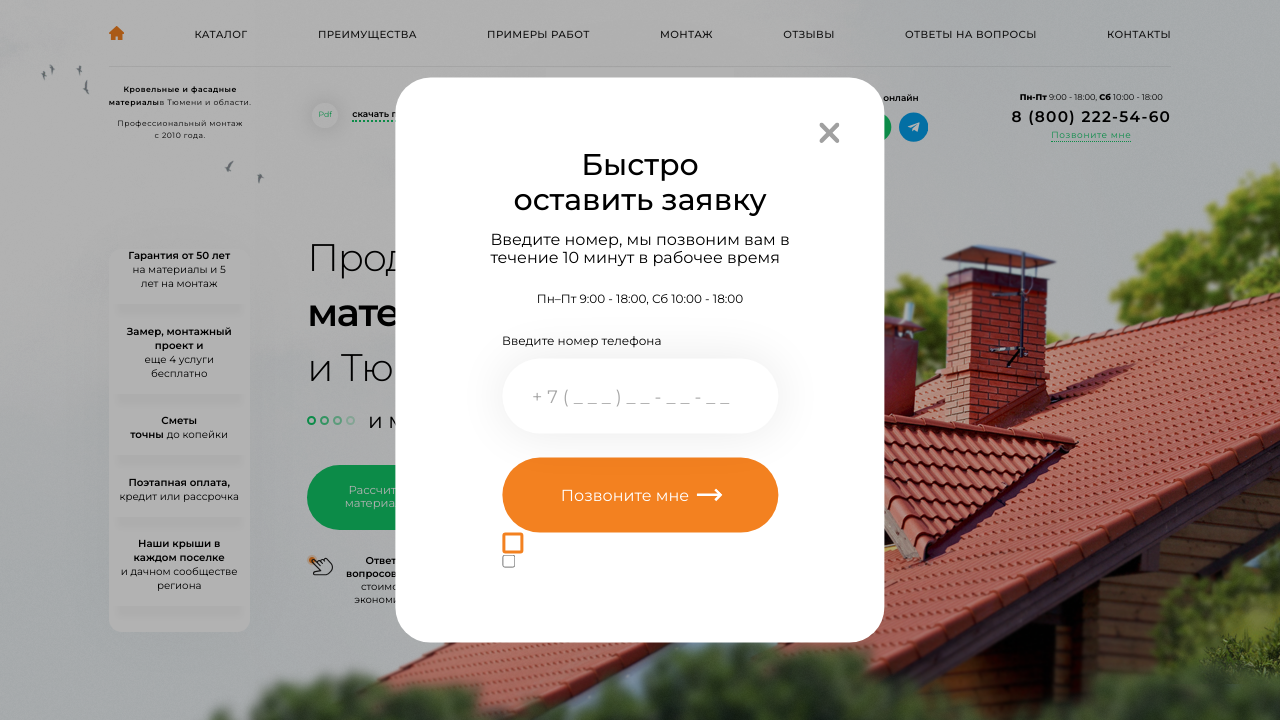
Repository: dima-hacker0/test_task_deyneka
Page: /
These files come from the project's save history. The page is drawn as it stood at one moment and after the next save; the edit follows.
The browser window is 1280 px wide. The pictures show the whole page.
The project was rebuilt for these pictures with package versions that can differ from the ones it lists, and the page was loaded fresh each time.

Above is the page before, as saved 2022-06-23 03:24:59.

After the next save:
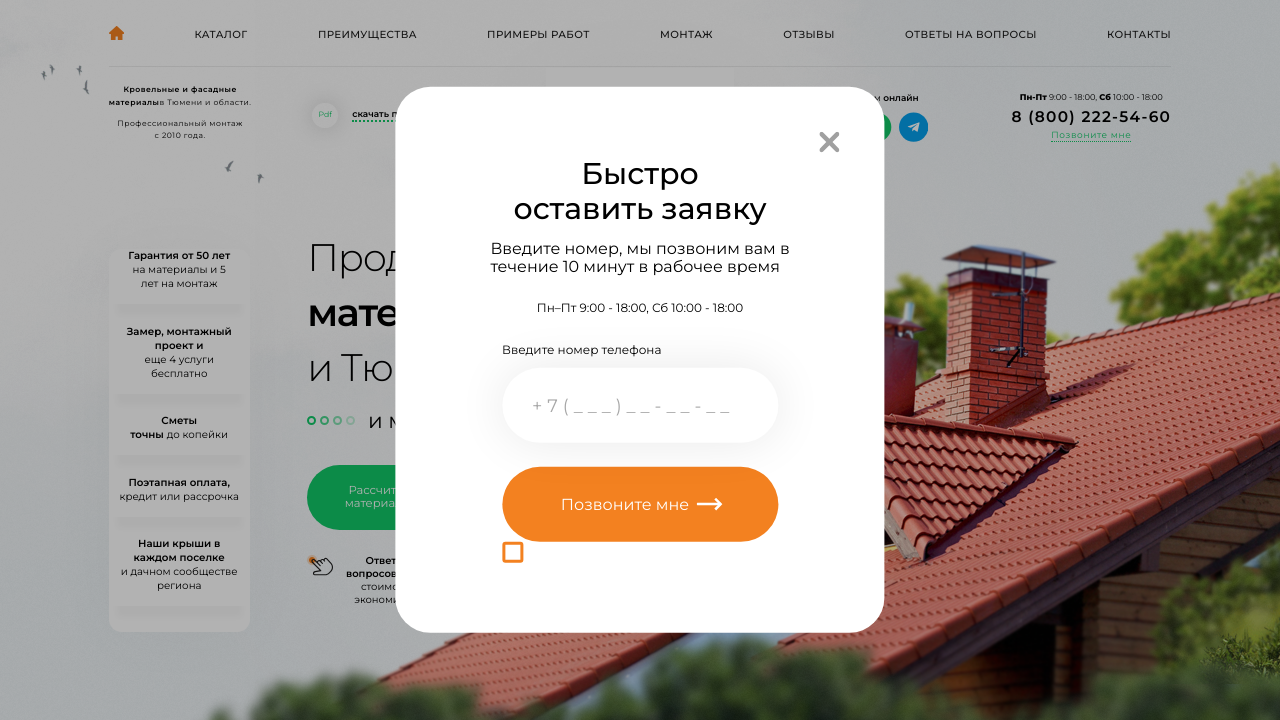
Saved 47 s later.
--- a/src/components/popap/popap.jsx
+++ b/src/components/popap/popap.jsx
@@ -62,7 +62,12 @@
                 ) : null}
               </div>
             </label>
-            <input ref={checkBox} id="checkbox" type="checkbox" />
+            <input
+              style={{ display: "none" }}
+              ref={checkBox}
+              id="checkbox"
+              type="checkbox"
+            />
           </form>
         </div>
         <Svg styles={classes.cross} id="cross" />
